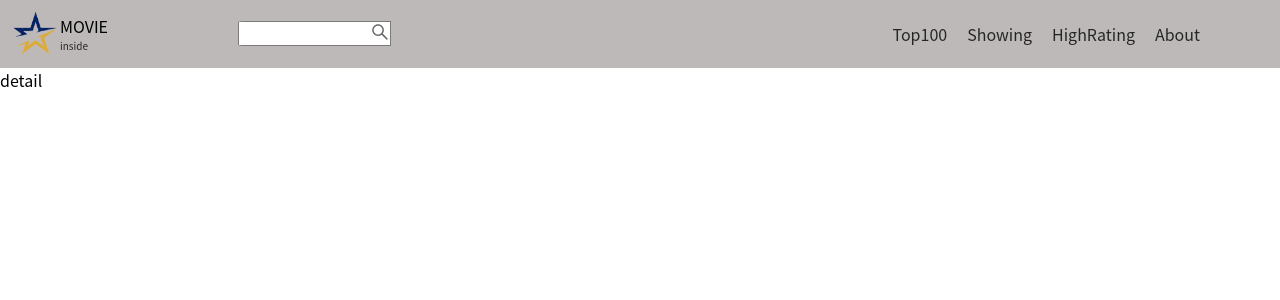
Repository: yangddoddi/Movie-Inside
Page: /detail
These files come from the project's save history. The page is drawn as it stood at one moment and after the next save; the edit follows.
The browser window is 1280 px wide. The pictures show the whole page.
The project was rebuilt for these pictures with package versions that can differ from the ones it lists, and the page was loaded fresh each time. Also part of the build but not shown: src/App.css, src/routes/Main.js. Imported but missing from the stored project, and not drawn on this page: src/components/Main/Jumbotron.

Above is the page before, as saved 2022-05-02 17:56:33.

### public/index.html
<!DOCTYPE html>
<html lang="en">

<head>
  <meta charset="utf-8" />
  <link rel="icon" href="./image/logo.png" />
  <meta name="viewport" content="width=device-width, initial-scale=1" />
  <meta name="theme-color" content="#000000" />
  <meta name="description" content="Web site created using create-react-app" />
  <link rel="apple-touch-icon" href="%PUBLIC_URL%/logo192.png" />
  <!--
      manifest.json provides metadata used when your web app is installed on a
      user's mobile device or desktop. See https://developers.google.com/web/fundamentals/web-app-manifest/
    -->
  <link rel="manifest" href="%PUBLIC_URL%/manifest.json" />
  <!--
      Notice the use of %PUBLIC_URL% in the tags above.
      It will be replaced with the URL of the `public` folder during the build.
      Only files inside the `public` folder can be referenced from the HTML.

      Unlike "/favicon.ico" or "favicon.ico", "%PUBLIC_URL%/favicon.ico" will
      work correctly both with client-side routing and a non-root public URL.
      Learn how to configure a non-root public URL by running `npm run build`.
    -->
  <title>Movie Inside</title>
</head>

<body>
  <noscript>You need to enable JavaScript to run this app.</noscript>
  <div id="root"></div>
  <!--
      This HTML file is a template.
      If you open it directly in the browser, you will see an empty page.

      You can add webfonts, meta tags, or analytics to this file.
      The build step will place the bundled scripts into the <body> tag.

      To begin the development, run `npm start` or `yarn start`.
      To create a production bundle, use `npm run build` or `yarn build`.
    -->
</body>

</html>

### src/App.js
import "./App.css";
import { RouteJS } from "./components/Routes";
import "./scss/main.scss";
import { Nav } from "./components/Nav";

function App() {
  return (
    <>
      <Nav />
      <RouteJS />
    </>
  );
}

export default App;

### src/components/Routes.js
import { Route, BrowserRouter, Routes } from "react-router-dom";
import { Main } from "../routes/Main";
import { Detail } from "../routes/Detail";

export const RouteJS = () => {
  return (
    <Routes>
      <Route path="/" element={<Main />} />
      <Route path="/detail" element={<Detail />} />
    </Routes>
  );
};

### src/scss/main.scss
@font-face {
    font-family: 'Noto Sans CJK KR';
    font-style: normal;
    font-weight: light;
    src: url('../fontStyle/NotoSansKR-Light.woff')
}

@font-face {
    font-family: 'Noto Sans CJK KR';
    font-style: normal;
    font-weight: normal;
    src: url('../fontStyle/NotoSansKR-Regular.woff')
}

@font-face {
    font-family: 'Noto Sans CJK KR';
    font-style: normal;
    font-weight: semi-bold;
    src: url('../fontStyle/NotoSansKR-Medium.woff')
}
@font-face {
    font-family: 'Noto Sans CJK KR';
    font-style: normal;
    font-weight: bold;
    src: url('../fontStyle/NotoSansKR-Bold.woff')
}


* {
    box-sizing: border-box;
    font-family: 'Noto Sans CJK KR';
}

### src/components/Nav.js
import React from "react";
import logo from "../image/logo.png";
import styles from "./Nav.module.scss";
import { AiOutlineSearch } from "react-icons/ai";

export const Nav = () => {
  return (
    <nav className={styles.nav}>
      <div className={styles.navContainer}>
        <div className={styles.leftContainer}>
          <img className={styles.logo} src={logo}></img>
          <div className={styles.logoContainer}>
            <span>MOVIE</span>
            <span>inside</span>
          </div>
          <form>
            <input type={"text"} />
            <label>
              <AiOutlineSearch className={styles.searchIcon} />
            </label>
          </form>
        </div>
        <ul className={styles.navItems}>
          <li className={styles.navItem}>Top100</li>
          <li className={styles.navItem}>Showing</li>
          <li className={styles.navItem}>HighRating</li>
          <li className={styles.navItem}>About</li>
        </ul>
      </div>
    </nav>
  );
};

### src/routes/Detail.js
import React from "react";

export const Detail = () => {
  return <div>detail</div>;
};

### src/components/Nav.module.scss

.nav {
    background-color: #bdb9b9;
    width: 100%;
    padding: 10px;
}

.navContainer {
    display: flex;
    align-items: center;
    justify-content: space-between;
    max-width: 1200px;
}

.logo {
    width: 50px;
}

.logoContainer {
    display: flex;
    flex-direction: column;
    justify-content: flex-end;
    user-select: none;
    margin-right: 100px;

    span:nth-child(2) {
        font-size: 10px;
        color:rgba(0,0,0,0.8);
    }
}

.leftContainer {
    display: flex;
    align-items: center;


    form {
        position:relative;
        display: flex;
        align-items: center;
        background-color: transparent;
    }

    input {
        margin-left: 30px;
        border: rgba(122,122,122,1) solid 1px;
        border-radius: 5%;
        height: 25px;
        border-right:none;
        color: rgba(0,0,0,0.8);
    }

    label {
        position: absolute;
        right:0px;
        border: 1px solid rgba(122,122,122,1);
        height: 25px;
        border-left: none;
    }

    svg {
        font-size: 20px;
        color: rgba(0,0,0,0.6);
    }
}

.navItems {
    display: flex;
    list-style: none;
    color: rgba(0,0,0,0.8);
    font-size: 16px;
    margin: 0px;
}


.navItem {
    margin: 10px;
    cursor: pointer;
}

Loaded but not shown: src/index.js (common file); src/index.css (common file); src/reportWebVitals.js (common file)

After the next save:
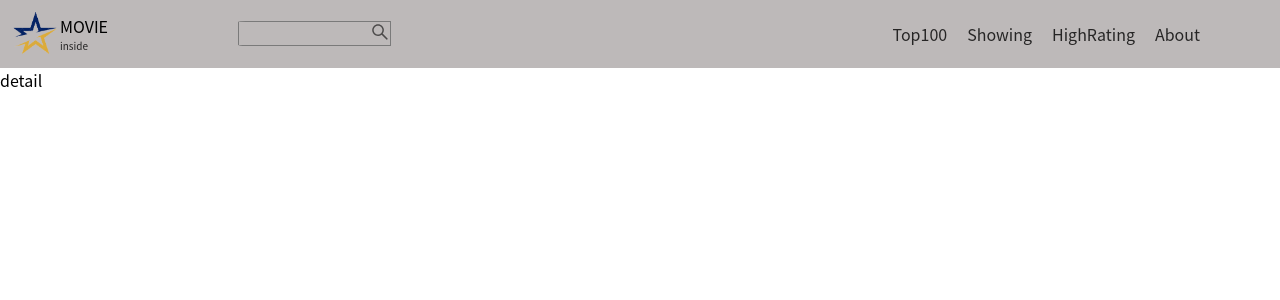
Saved 6 s later.
--- a/src/components/Nav.module.scss
+++ b/src/components/Nav.module.scss
@@ -38,7 +38,6 @@
         position:relative;
         display: flex;
         align-items: center;
-        background-color: transparent;
     }
 
     input {
@@ -48,6 +47,7 @@
         height: 25px;
         border-right:none;
         color: rgba(0,0,0,0.8);
+        background-color: transparent;
     }
 
     label {
